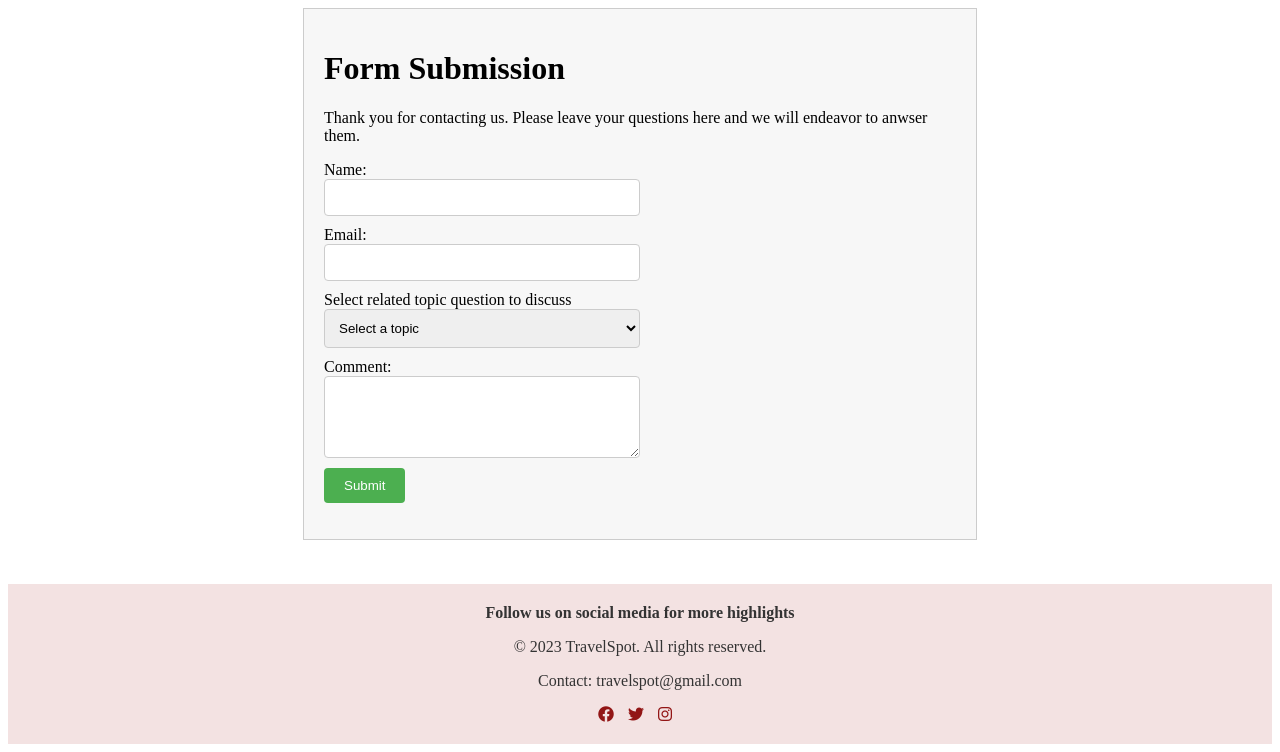
Repository: vRia4/INST728J-Victoria-Nathaniel
Page: Project/info.html
These files come from the project's save history. The page is drawn as it stood at one moment and after the next save; the edit follows.
The browser window is 1280 px wide. The pictures show the whole page.

Above is the page before, as saved 2023-08-11 15:51:19.

### Project/info.html
<html>
	<head>
		<title>Contact Us</title>
		<link rel="stylesheet" href="https://cdnjs.cloudflare.com/ajax/libs/font-awesome/6.0.0-beta3/css/all.min.css">
    	<script type = "text/javascript">

			function validate() {

				if( document.myForm.flName.value == "" ) {
					alert( "Please provide your first name!" );
					document.myForm.flName.focus() ;
					return false;
				}
				if( document.myForm.Email.value == "" ) {
					alert( "Please provide your Email!" );
					document.myForm.Email.focus() ;
					return false;
				}
				if( document.myForm.topic.value == "-1" ) {
					alert( "Please provide your country!" );
					return false;
				}
				return( true );
                if( document.myForm.comment.value == "" ) {
					alert( "Please provide your comment!" );
					document.myForm.comment.focus() ;
					return false;
				}
			}
		</script>
		<style>
			/* html{
				background-image: url(image/sub.png);
				background-size: cover;
				background-repeat: no-repeat;
				height: 100vh;
			} */
			/* h1, .text1, th, td, table {
				margin-top: 20px;
				padding : 10px;
				margin-left: 15%;
			} */

			h2{
				font-family: "Helvetica Neue",Helvetica,Arial;
				font-size: 14px;
			}

			/* footer {
					background-color: #f3e2e2;
					padding: 20px;
					text-align: center;
					color: #333;
					font-size: 14px;
					margin-top: 20.5%;
					width: 100%;
					margin-right: 20%;
					padding-right: 0px;
				}

			/*footer .icons {
				margin-top: 0%;
			} */

            footer{
                background-color: #f3e2e2;
                max-width: 100%;
                padding-left: 1%;
            }

			footer .icons a {
				color: #921515;
				margin-right: 10px;
			}

            .form-container {
            width: 50%;
            margin: 0 auto;
            padding: 20px;
            border: 1px solid #ccc;
            background-color: #f7f7f7;
        }

        /* Styles for input fields */
        .form-input {
            width: 50%;
            padding: 10px;
            margin-bottom: 10px;
            /* margin-left: 10%; */
            border: 1px solid #ccc;
            border-radius: 4px;
        }

        /* Style the submit button */
        .form-submit {
            background-color: #4CAF50;
            color: white;
            padding: 10px 20px;
            border: none;
            border-radius: 4px;
            cursor: pointer;
        }

        /* Style the submit button on hover */
        .form-submit:hover {
            background-color: #45a049;
        }
		</style>
   </head>

   <body >

		<div class="form-container">
            <h1>Form Submission</h1>
            <p class="text1">Thank you for contacting us. Please leave your questions here and we will endeavor to anwser them.</p>

            <form action = "welcome.html" name = "myForm" onsubmit = "return(validate());">
                <label for="name">Name:</label><br>
                <input type="text" id="name" name="flName" class="form-input" required><br>

                <label for="email">Email:</label><br>
                <input type="email" id="email" name="Email" class="form-input" required><br>

                <label for="message">Select related topic question to discuss</label><br>
                <select name = "topic" class="form-input">
                    <option value = "-1" selected>Select a topic</option>
                    <option value = "1">Australia</option>
                    <option value = "2">Canada</option>
                    <option value = "3">France</option>
                    <option value = "4">Germany</option>
                    <option value = "5">Georgia</option>
                    <option value = "6">Mexico</option>
                    <option value = "7">Spain</option>
                    <option value = "8">UK</option>
                    <option value = "9">USA</option>
                </select><br>

                <label for="message">Comment:</label><br>
                <textarea id="message" name="comment" class="form-input" rows="4" required></textarea><br>

                <input type="submit" value="Submit" class="form-submit">
            </form>
        </div>

		<footer align="center" style="margin-top: 3.5%; padding: 20px; color: #333;">
			<div><strong>Follow us on social media for more highlights</strong></div>
			<p>&copy; 2023 TravelSpot. All rights reserved.</p>
			<p>Contact: travelspot@gmail.com</p>

			<div class="icons">
				<a href="https://www.facebook.com" title="Facebook"><i class="fab fa-facebook"></i></a>
				<a href="https://www.twitter.com" title="Twitter"><i class="fab fa-twitter"></i></a>
				<a href="https://www.instagram.com" title="Instagram"><i class="fab fa-instagram"></i></a>
			</div>
		</footer>
   	</body>
</html>

After the next save:
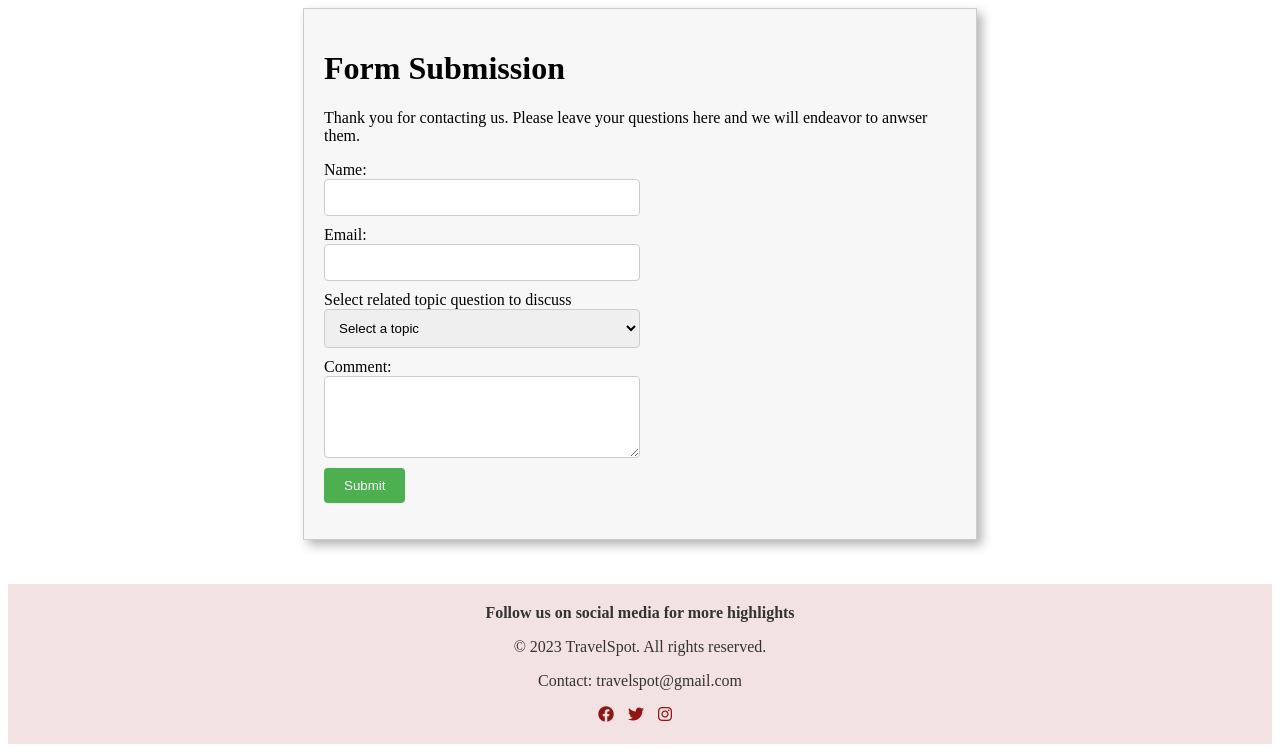
Saved 11 s later.
--- a/Project/info.html
+++ b/Project/info.html
@@ -79,6 +79,7 @@
             padding: 20px;
             border: 1px solid #ccc;
             background-color: #f7f7f7;
+            box-shadow: 5px 5px 10px rgba(0, 0, 0, 0.3);
         }
 
         /* Styles for input fields */
